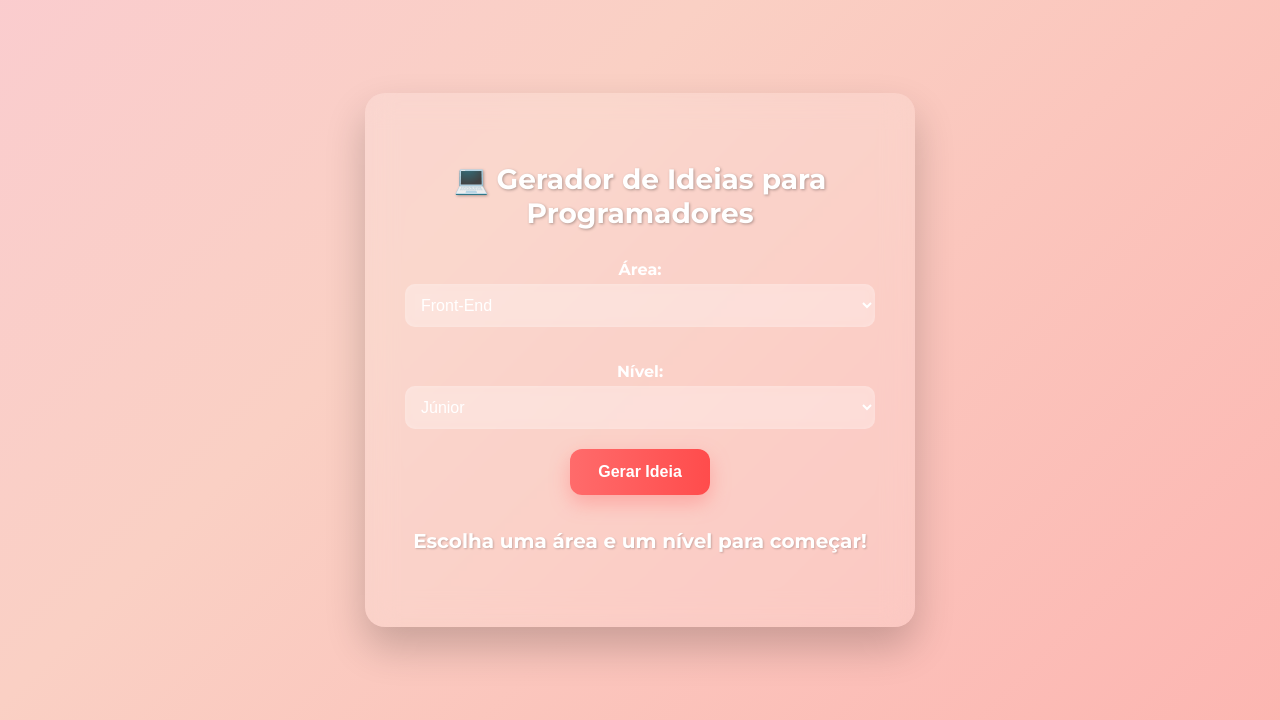
Repository: Wbyh7z/gerador-de-projeto
Page: index.html
These files come from the project's save history. The page is drawn as it stood at one moment and after the next save; the edit follows.
The browser window is 1280 px wide. The pictures show the whole page.

Above is the page before, as saved 2025-08-08 15:37:54.

After the next save:
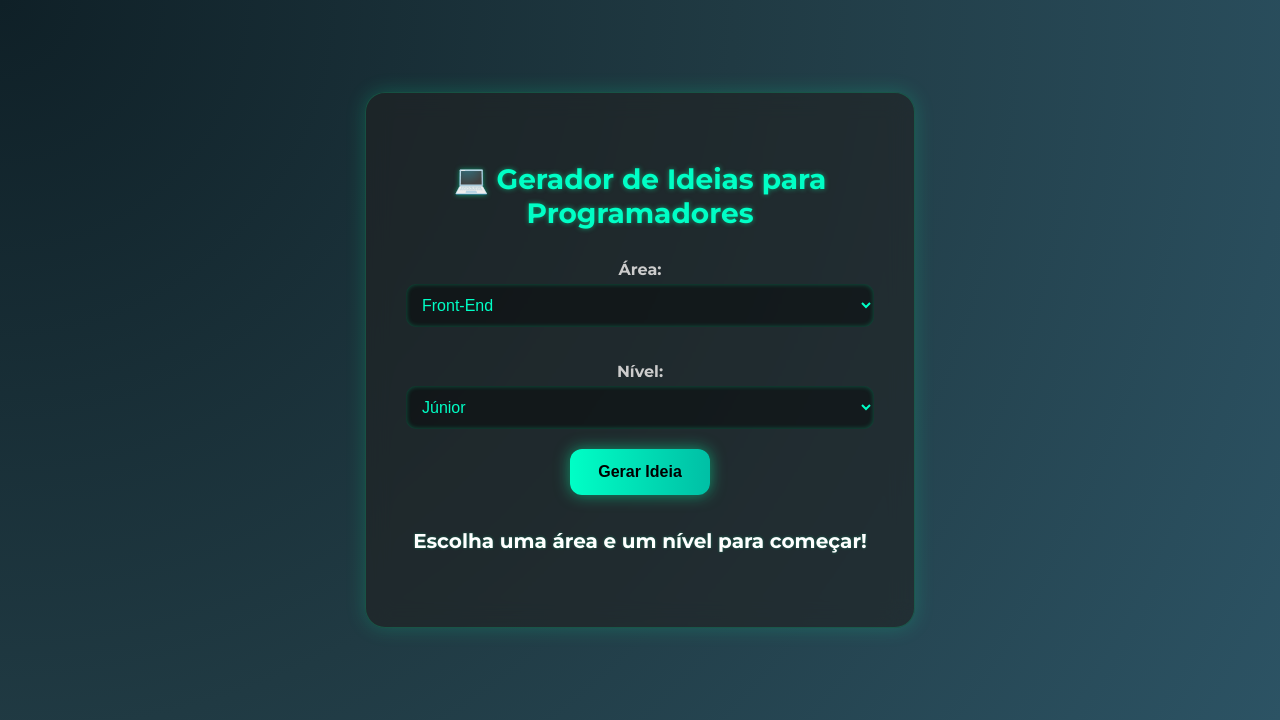
Saved 95 s later.
--- a/style.css
+++ b/style.css
@@ -11,35 +11,29 @@ body {
   display: flex;
   justify-content: center;
   align-items: center;
-  background: linear-gradient(-45deg, #ff9a9e, #fad0c4, #fbc2eb, #a1c4fd);
-  background-size: 400% 400%;
-  animation: gradientBG 15s ease infinite;
-}
-
-@keyframes gradientBG {
-  0% { background-position: 0% 50%; }
-  50% { background-position: 100% 50%; }
-  100% { background-position: 0% 50%; }
+  background: radial-gradient(circle at top left, #0f2027, #203a43, #2c5364);
+  color: #e0e0e0;
 }
 
 .container {
-  background: rgba(255, 255, 255, 0.15);
-  backdrop-filter: blur(15px);
+  background: rgba(32, 32, 32, 0.6);
+  backdrop-filter: blur(12px);
   border-radius: 20px;
   padding: 50px 40px;
-  box-shadow: 0 20px 40px rgba(0, 0, 0, 0.2);
+  box-shadow: 0 0 20px rgba(0, 255, 170, 0.2);
   text-align: center;
   max-width: 550px;
   width: 90%;
-  color: #fff;
   transition: all 0.3s ease;
+  border: 1px solid rgba(0, 255, 170, 0.2);
 }
 
 h1 {
   font-size: 28px;
   font-weight: 700;
   margin-bottom: 30px;
-  text-shadow: 1px 1px 3px rgba(0, 0, 0, 0.3);
+  color: #00ffc6;
+  text-shadow: 0 0 5px rgba(0, 255, 170, 0.5);
 }
 
 label {
@@ -47,6 +41,7 @@ label {
   margin: 15px 0 5px;
   font-weight: 600;
   font-size: 16px;
+  color: #ccc;
 }
 
 select {
@@ -56,34 +51,33 @@ select {
   border-radius: 10px;
   border: none;
   margin-bottom: 20px;
-  background-color: rgba(255, 255, 255, 0.2);
-  color: #fff;
-  backdrop-filter: blur(5px);
-  box-shadow: inset 0 0 5px rgba(255, 255, 255, 0.3);
+  background-color: rgba(0, 0, 0, 0.4);
+  color: #00ffc6;
+  box-shadow: inset 0 0 5px rgba(0, 255, 170, 0.3);
   transition: background-color 0.3s ease;
 }
 
 select:focus {
   outline: none;
-  background-color: rgba(255, 255, 255, 0.3);
+  background-color: rgba(0, 255, 170, 0.1);
 }
 
 button {
   padding: 14px 28px;
   font-size: 16px;
   font-weight: 700;
-  background: linear-gradient(90deg, #ff6b6b, #ff4c4c);
-  color: white;
+  background: linear-gradient(90deg, #00ffc6, #00bfa5);
+  color: #000;
   border: none;
   border-radius: 12px;
   cursor: pointer;
-  box-shadow: 0 8px 20px rgba(255, 107, 107, 0.4);
+  box-shadow: 0 0 15px rgba(0, 255, 170, 0.5);
   transition: transform 0.2s ease, box-shadow 0.3s ease;
 }
 
 button:hover {
   transform: scale(1.08);
-  box-shadow: 0 10px 25px rgba(255, 107, 107, 0.6);
+  box-shadow: 0 0 25px rgba(0, 255, 170, 0.8);
 }
 
 #ideia {
@@ -91,5 +85,6 @@ button:hover {
   font-size: 20px;
   font-weight: 600;
   line-height: 1.6;
-  text-shadow: 1px 1px 2px rgba(0, 0, 0, 0.2);
+  color: #fff;
+  text-shadow: 0 0 3px rgba(0, 255, 170, 0.3);
 }
